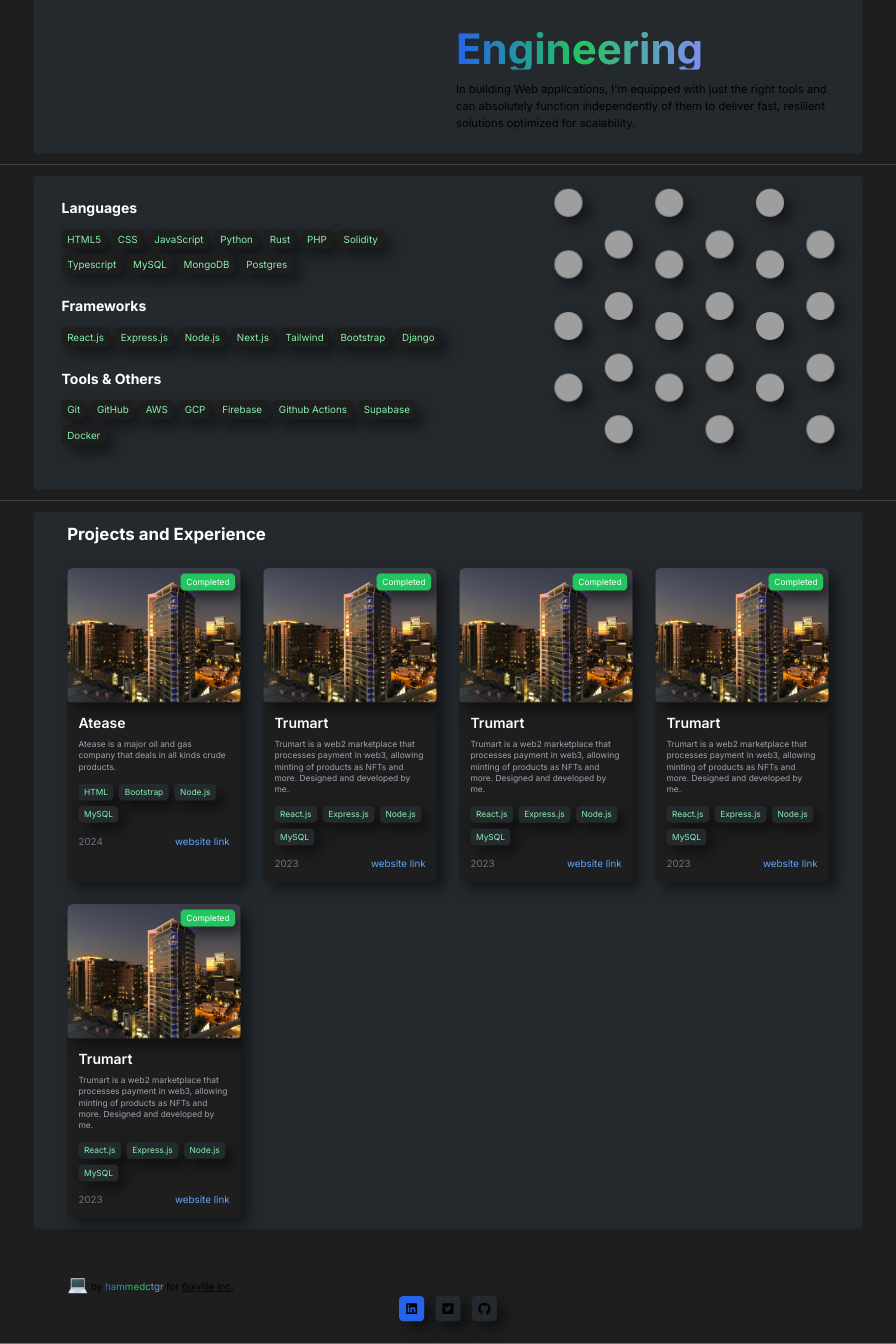
Repository: muhammedctgr/hammedctgr
Page: /
These files come from the project's save history. The page is drawn as it stood at one moment and after a run of saves; the edit follows.
The browser window is 1280 px wide. The pictures show the part of the page from y = 808 to 2728 px (the page is 2728 px tall), at 70% of full size.
Pictures or frames that could not be fetched are drawn as grey boxes. The project was rebuilt for these pictures with package versions that can differ from the ones it lists, and the page was loaded fresh each time. The framework's server and built-in components were replaced by stand-ins that run in the browser. Also part of the build but not shown: next.config.mjs.

Above is the page before, as saved 2024-08-13 21:33:14.

After the next 3 saves:
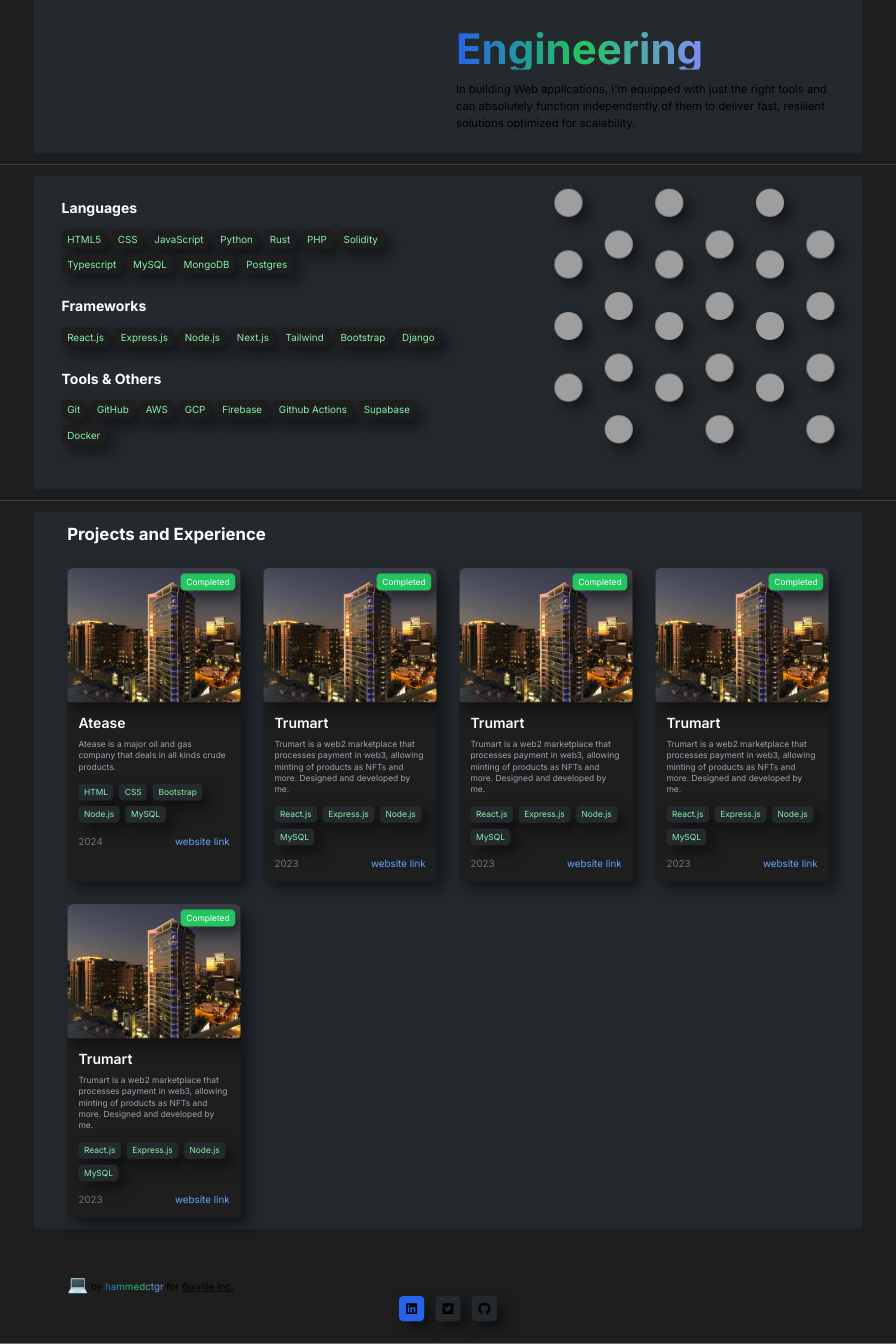
The 3 saves are shown as one change because they came seconds apart.
The last was saved 25 s later.
--- a/components/ProjectsSection.tsx
+++ b/components/ProjectsSection.tsx
@@ -14,7 +14,7 @@ const projects: Project[] = [
   {
     title: "Atease",
     description: "Atease is a major oil and gas company that deals in all kinds crude products.",
-    technologies: ["HTML", "Bootstrap", "Node.js", "MySQL"],
+    technologies: ["HTML", "CSS","Bootstrap", "Node.js", "MySQL"],
     date: "2024",
     status: "Completed",
     image: "pic1.jpg",
